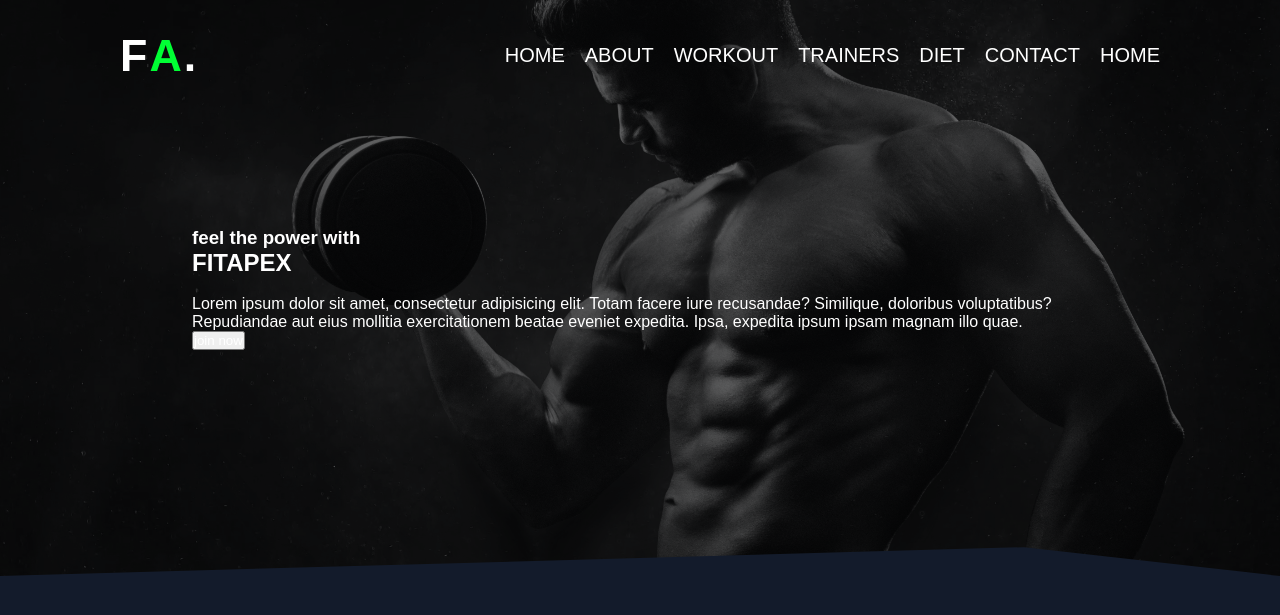
Repository: guilhermecardoso93/fitapex
Page: index.html
These files come from the project's save history. The page is drawn as it stood at one moment and after the next save; the edit follows.
The browser window is 1280 px wide. The pictures show the whole page.

Above is the page before, as saved 2023-03-05 20:47:30.

After the next save:
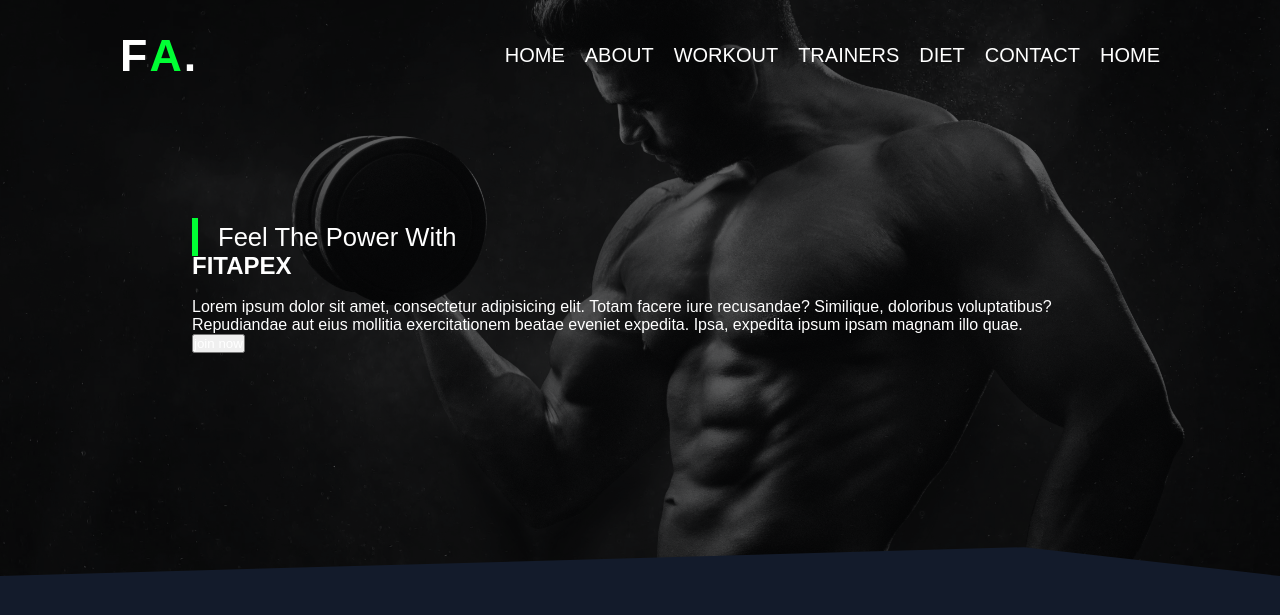
Saved 86 s later.
--- a/css/_home.css
+++ b/css/_home.css
@@ -22,3 +22,12 @@
   display: inline-block;
   z-index: 11;
 }
+
+.highlights h3 {
+  display: inline;
+  font-size: 2vw;
+  padding: 5px 20px;
+  font-weight: lighter;
+  text-transform: capitalize;
+  border-left: 6px solid var(--prime)
+}
